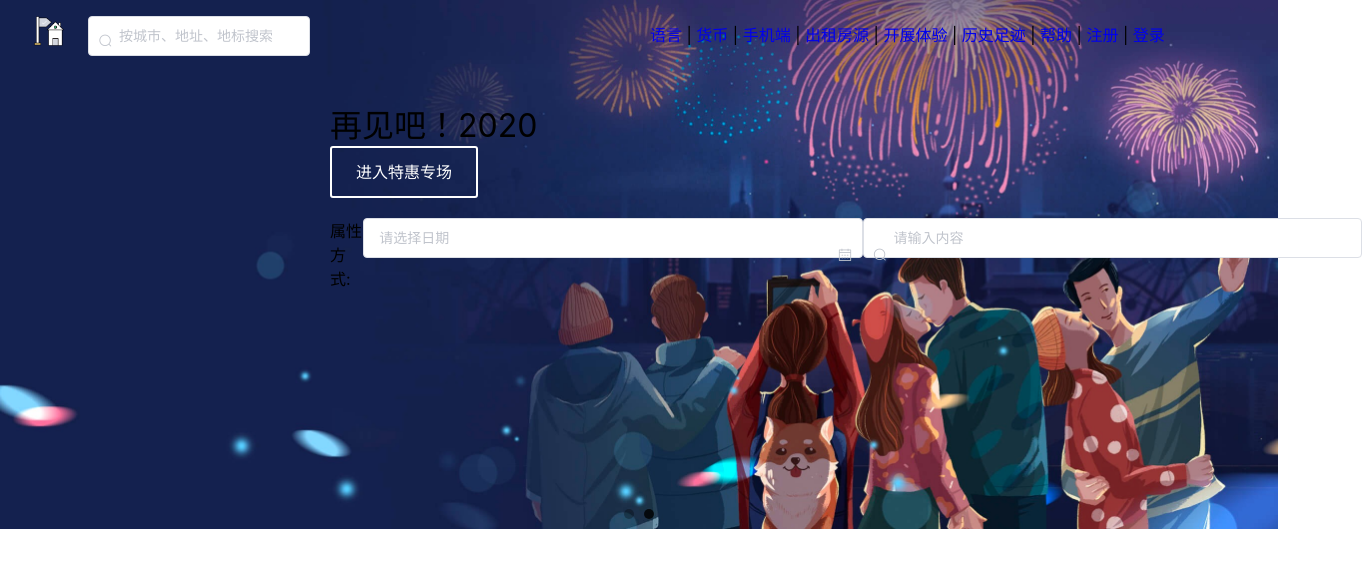
Repository: yz1181214391/my-airbnb
Page: /
An editor plug-in stored every save of this project. The page is shown before and after the next save, followed by the edit.
The browser window is 1280 px wide. The page is 1362 px wide, so the pictures cover 1362 px, including what lies to the right of the window. The pictures show the whole page.
The project was rebuilt for these pictures with package versions that can differ from the ones it lists, and the page was loaded fresh each time. Also part of the build but not shown: src/views/Language.vue, src/views/Currency.vue, src/views/Enter.vue, src/views/Experience.vue, src/views/Help.vue, src/views/History.vue, src/views/Mobile.vue, src/views/Register.vue and 1 more.

Above is the page before, as saved 2020-12-09 16:52:39.

### src/App.vue
<template>
  <div id="app">
    <div class="app-header">
      <Header/>
      <Banner class="banner"/>
    </div>

  </div>

</template>

<script>
import Banner from './components/Banner'
import Header from './components/Header'

export default {
   name: 'app',
  components:{
    Banner,
    Header
  }
}
</script>


<style lang="less">
// #app {
//   font-family: Avenir, Helvetica, Arial, sans-serif;
//   -webkit-font-smoothing: antialiased;
//   -moz-osx-font-smoothing: grayscale;
//   text-align: center;
//   color: #2c3e50;
// }

  html,body {margin: 0;padding: 0;height: 100%;width: 100%;}
  a {text-decoration: none;}
  body,div,dl,dt,dd,ul,ol,li,h1,h2,h3,h4,h5,h6,pre,form,fieldset,input,textarea,p,blockquote,th,td {margin: 0;padding: 0;}
  table {border-collapse: collapse;border-spacing: 0;}
  fieldset,img {border: 0;}
  address,caption,cite,code,dfn,em,strong,th,var {font-style: normal;font-weight: normal;}
  ol,ul {list-style: none;}
  caption,th {text-align: left;}
  h1,h2,h3,h4,h5,h6 {font-size: 100%;font-weight: normal;}
  q:before,q:after {content: '';}
  abbr,acronym {border: 0;}
  body{
      font-family: "Chinese Quote", -apple-system, BlinkMacSystemFont, "Segoe UI", "PingFang SC", "Hiragino Sans GB", "Microsoft YaHei", "Helvetica Neue", Helvetica, Arial, sans-serif, "Apple Color Emoji", "Segoe UI Emoji", "Segoe UI Symbol";
  }

  .banner{
    position: absolute;
    left: 0;
    top: 0;
    z-index: -1;
  }
</style>

### src/router/index.js
import Vue from 'vue'
import VueRouter from 'vue-router'

import Language from '../views/Language.vue'
import Currency from '../views/Currency.vue'
import Enter from '../views/Enter.vue'
import Experience from '../views/Experience.vue'
import Help from '../views/Help.vue'
import History from '../views/History.vue'
import Mobile from '../views/Mobile.vue'
import Register from '../views/Register.vue'
import Room from '../views/Room.vue'



Vue.use(VueRouter)

const routes = [
  // {
  //   path: '/',
  //   name: 'Language',
  //   component: Language
  // },
  // {
  //   path: '/Currency',
  //   name: 'Currency',
  //   // route level code-splitting
  //   // this generates a separate chunk (about.[hash].js) for this route
  //   // which is lazy-loaded when the route is visited.
  //   component: () => import(/* webpackChunkName: "about" */ '../views/Currency.vue')
  // }
  { path : '/Language', component : Language},
  { path : '/Currency', component : Currency},
  { path : '/Enter', component : Enter},
  { path : '/Experience', component : Experience},
  { path : '/Help', component : Help},
  { path : '/History', component : History},
  { path : '/Mobile', component : Mobile},
  { path : '/Register', component : Register},
  { path : '/Room', component : Room},
]

const router = new VueRouter({
  mode: 'history',
  base: process.env.BASE_URL,
  routes
})

export default router

### src/components/Banner.vue
<template>
  <div class="banner-box">
      <div class="banner">
          <img v-for="(v,i) in img " :key="i" :src="v" v-show="i==n" alt="">
          <div class="banner-circle">
              <ul>
                 <li v-for="(v,i) in img" :key="i" :class="i==n ? 'selected' : ''"></li>
              </ul>
          </div>
      </div>
  </div>
</template>

<script>
export default {
  data (){
      return{
          n:0,
          img:[
              require("../assets/img/banner1.jpg"),
              require("../assets/img/banner2.jpeg")
          ]
      }
  },
  methods : {
      fun:function(){
          setInterval(this.play,5000)
      },
      play:function(){
          this.n++;
          if(this.n == this.img.length){
              this.n = 0
          }
      }
  },
  mounted:function(){
          this.fun()
      }
}
</script>
<style>
    .banner-box{
      width: 100%;
      height: 529px;
    }
    ul{
        list-style-type: none;
    }
    .banner{
        position: relative;
    }
    .banner .banner-circle{
        position: absolute;
        bottom: 5px;
        left: 0;
        right: 0;
        color: #ffffff;
    }
    .banner .banner-circle li{
        display: inline-block;
        background: rgba(0,0,0,0.3);
        border-radius: 50%;
        padding: 5px;
        margin: 5px;
    }
    .banner .banner-circle ul{
        text-align: center;
    }
    .banner .banner-circle .selected{
        background: rgba(0,0,0,0.8);
    }
    .banner img{
        width: 100%;
        height: 529px;
        margin: 0;
        padding: 0;
    }
</style>

### src/components/Header.vue
<template>
    <div class="airbnb-box">
      <el-row :gutter="20">
        <el-col :span="6">
          <div class="grid-content bg-purple" style="display:flex">
            <a href="###"><img class="logo" src="../assets/img/012-zhandian.png" alt=""></a>
            <el-input v-model="input" style="width: 460px;height: 48px;" prefix-icon='el-icon-search' placeholder="按城市、地址、地标搜索"></el-input>
          </div>
        </el-col>
        <el-col :span="12" :offset="6">
          <div class="grid-content bg-purple">
            <router-link to="/Language">语言</router-link> |
            <router-link to="/Currency">货币</router-link> |
            <router-link to="/Mobile">手机端</router-link> |
            <router-link to="/Room">出租房源</router-link> |
            <router-link to="/Experience">开展体验</router-link> |
            <router-link to="/History">历史足迹</router-link> |
            <router-link to="/Help">帮助</router-link> |
            <router-link to="/Register">注册</router-link> |
            <router-link to="/Enter">登录</router-link>
          </div>
        </el-col>
      </el-row>
      <el-row :gutter="20">
        <el-col :span="6" :offset="6">
          <div class="grid-content bg-purple">
            <h1 style="font-size:32px">再见吧！2020</h1>
            <div class="preferential-btn">进入特惠专场</div>
          </div>
        </el-col>
        <el-col :span="6" :offset="6"><div class="grid-content bg-purple"></div></el-col>
      </el-row>
      <el-row :gutter="20">
        <el-col :span="12" :offset="6" >
          <div class="grid-content bg-purple">
            <div class="demo-input-suffix" style="display:flex;width:1032px;height:72px;">
              属性方式:
              <el-input
                placeholder="请选择日期"
                suffix-icon="el-icon-date"
                v-model="input2">
              </el-input>
              <el-input
                placeholder="请输入内容"
                prefix-icon="el-icon-search"
                v-model="input21">
              </el-input>
            </div>
          </div>
        </el-col>
      </el-row>
    </div>
</template>

<script>
// import Banner from './components/Banner'
export default {
    data(){
      return {
        input:'',
        input2:'',
        input21:'',
      }
    }
  // components:{
  //   Banner
  // }
}
</script>


<style lang="less">

.airbnb-box{
    width: 100%;
    height: 529px;

    // background-color: #cccccc;
  }

.el-row {
    margin-bottom: 20px;
    margin-left: 0 !important;
    margin-right: 0 !important;
    display: flex;
    &:first-child{

      align-items: center;
      width: 100%;
      height: 80px;
      // background-color: #99a9bf;
    }
    &:last-child {
      margin-bottom: 0;
    }
  }
  .el-col {
    border-radius: 4px;
  }
  .bg-purple-dark {
    background: #99a9bf;
  }
  .bg-purple {
    // background: #d3dce6;
  }
  .bg-purple-light {
    background: #e5e9f2;
  }
  .grid-content {
    border-radius: 4px;
    min-height: 36px;
  }
  .row-bg {
    padding: 10px 0;
    background-color: #f9fafc;
  }


.logo{
  width: 30px;
  height: 30px;
  margin: 0 24px;
}
.preferential-btn{
  width:144px;
  height:48px;
  border:2px solid #ffff;
  border-radius:3px;
  text-align: center;
  line-height: 48px;
  color:#fff;
}
</style>

Loaded but not shown: public/index.html (common file); src/main.js (common file); src/store/index.js (common file)

After the next save:
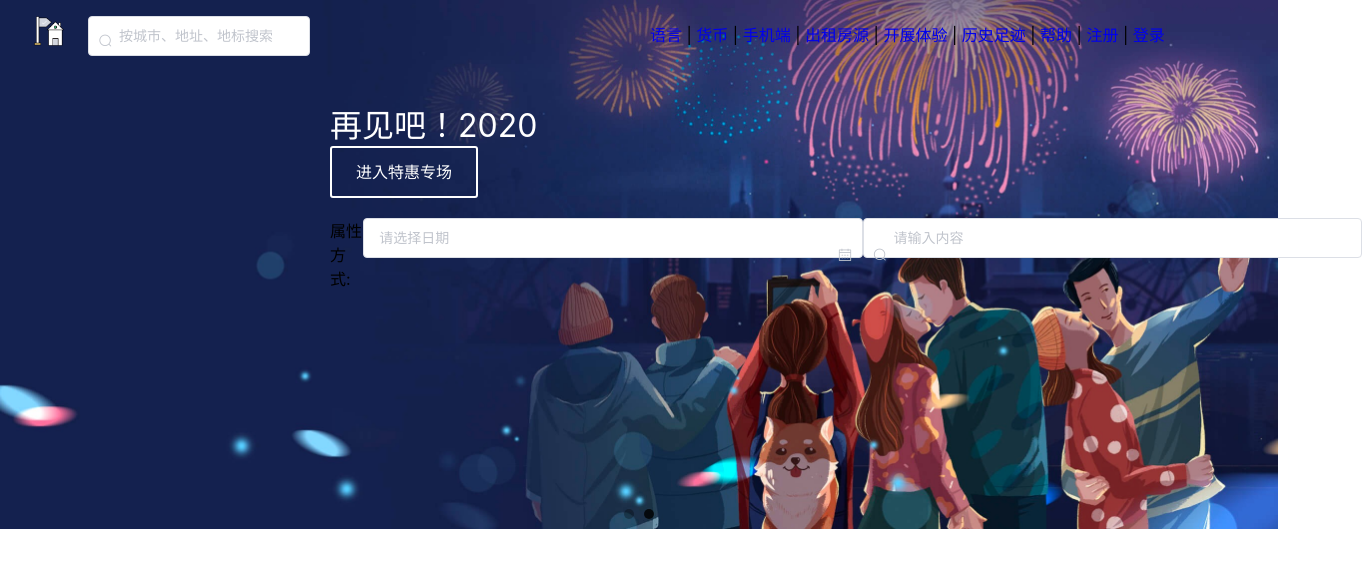
Saved 27 s later.
--- a/src/components/Header.vue
+++ b/src/components/Header.vue
@@ -24,7 +24,7 @@
       <el-row :gutter="20">
         <el-col :span="6" :offset="6">
           <div class="grid-content bg-purple">
-            <h1 style="font-size:32px">再见吧！2020</h1>
+            <h1 style="font-size:32px;color:#fff">再见吧！2020</h1>
             <div class="preferential-btn">进入特惠专场</div>
           </div>
         </el-col>
